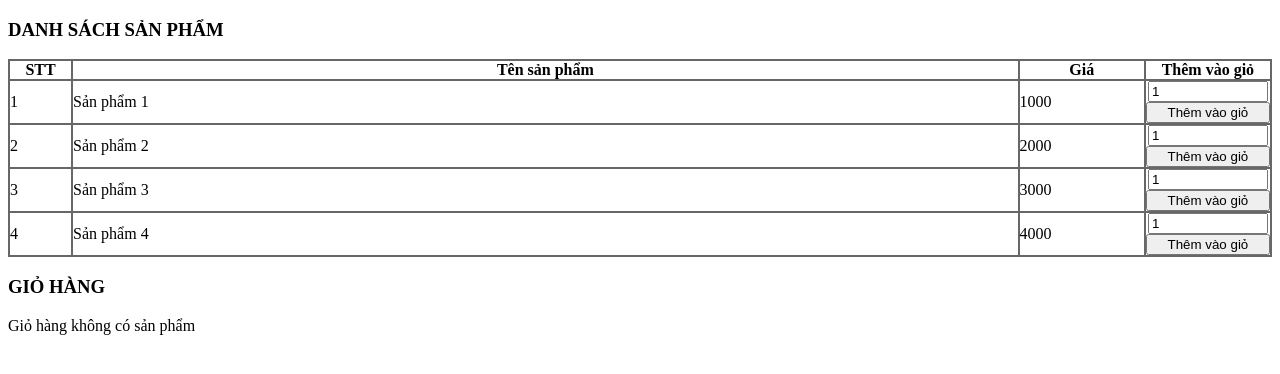
Repository: Dongnguyen318/Quydong
Page: Day 27/index.html
An editor plug-in stored every save of this project. The page is shown before and after the next save, followed by the edit.
The browser window is 1280 px wide. The pictures show the whole page.

Above is the page before, as saved 2023-09-23 22:42:48.

After the next save:
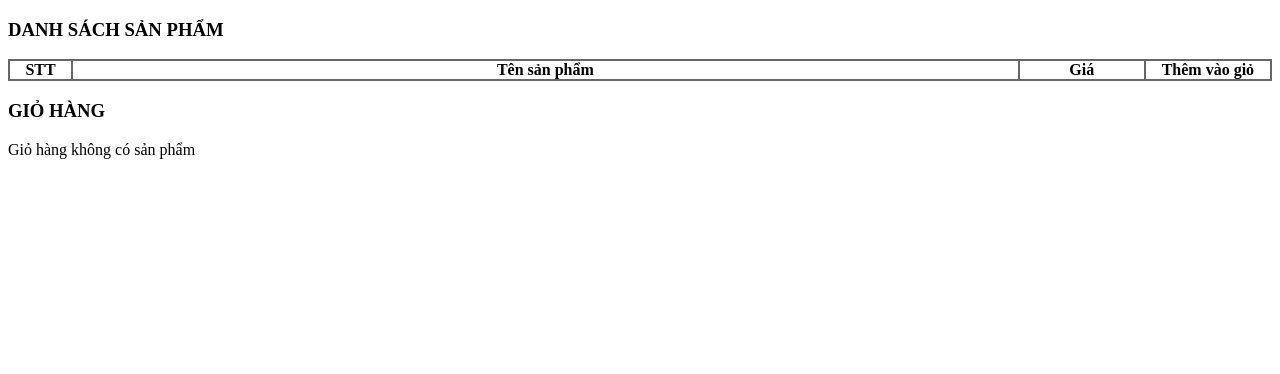
Console error: ReferenceError: Cannot access 'cartList' before initialization
Saved 27 s later.
--- a/Day 27/js.js
+++ b/Day 27/js.js
@@ -1,8 +1,8 @@
 const productList = document.querySelector(".product-list");
 const productListTable = productList.querySelector(".product-list-table");
+const editBtn = cartList.querySelector(".edit-btn");
+const cartListTable = cartList.querySelector(".cart-list-table");
 const cartList = document.querySelector(".cart-list");
-const cartListTable = cartList.querySelector(".cart-list-table");
-const editBtn = cartList.querySelector(".edit-btn");
 
 // tạo sản phẩm trong bảng
 let arrProducts = [
